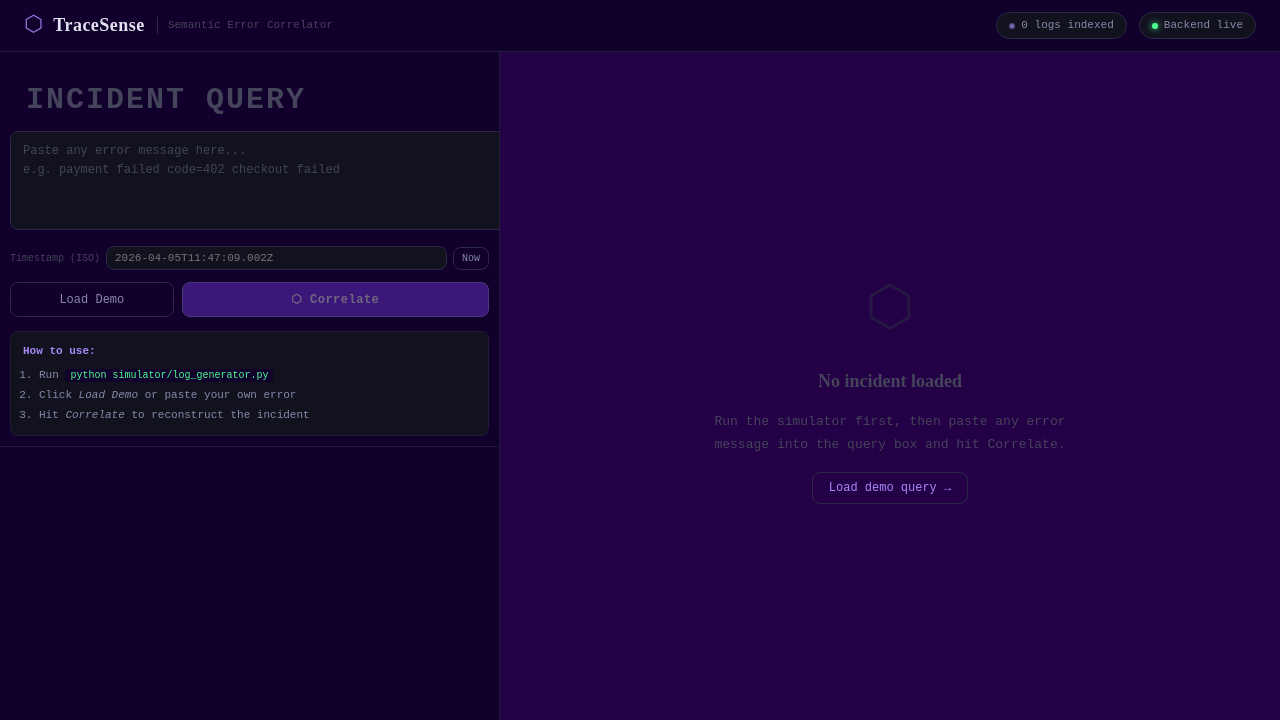
Repository: SaranyaM15/AI_Engineer_Journey
Page: / (app in tracesense/frontend/)
The author's editor kept a copy of each file at every save. The page is drawn from the files as they stood at one save, then again after the next save.
The browser window is 1280 px wide. The pictures show the whole page.
The page's requests for data from a server got no answer. Some web fonts or font styles are not loaded; a fallback is used. The project was rebuilt for these pictures with package versions that can differ from the ones it lists, and the page was loaded fresh each time. No one was signed in, and anything a server would have sent is missing. Also part of the build but not shown: tracesense/frontend/vite.config.js, tracesense/frontend/src/components/Timeline.jsx, tracesense/frontend/src/components/LogFeed.jsx.

Above is the page before, as saved 2026-04-05 18:52:11.

### tracesense/frontend/src/index.css
*, *::before, *::after {
  box-sizing: border-box;
  margin: 0;
  padding: 0;
}

html, body, #root {
  height: 100%;
  overflow: hidden;
}

### tracesense/frontend/src/App.jsx
import { useState, useEffect } from "react";
import axios from "axios";
import Timeline from "./components/Timeline";
import QueryPanel from "./components/QueryPanel";
import LogFeed from "./components/LogFeed";
import "./App.css";

const API = "http://localhost:8000";

export default function App() {
  const [query, setQuery] = useState("");
  const [timestamp, setTimestamp] = useState("");
  const [cluster, setCluster] = useState(null);
  const [loading, setLoading] = useState(false);
  const [logCount, setLogCount] = useState(0);
  const [error, setError] = useState(null);
  const [simulatorRunning, setSimulatorRunning] = useState(false);

  useEffect(() => {
    fetchLogCount();
    const interval = setInterval(fetchLogCount, 5000);
    return () => clearInterval(interval);
  }, []);

  async function fetchLogCount() {
    try {
      const res = await axios.get(`${API}/logs/count`);
      setLogCount(res.data.total_logs_stored);
    } catch {
      // backend not reachable yet
    }
  }

  async function runCorrelation() {
    if (!query.trim()) return;
    setLoading(true);
    setError(null);
    setCluster(null);

    const ts = timestamp || new Date().toISOString();

    try {
      const res = await axios.post(`${API}/correlate`, {
        message: query,
        timestamp: ts,
      });
      setCluster(res.data);
    } catch (e) {
      setError("Could not reach backend. Make sure uvicorn is running on :8000");
    } finally {
      setLoading(false);
    }
  }

  function handleDemo() {
    setQuery("payment failed code=402 checkout failed");
    setTimestamp("2026-04-05T11:47:09.002Z");
  }

  return (
    <div className="app">
      {/* Top Bar */}
      <header className="topbar">
        <div className="topbar-left">
          <span className="logo-icon">⬡</span>
          <span className="logo-text">TraceSense</span>
          <span className="logo-sub">Semantic Error Correlator</span>
        </div>
        <div className="topbar-right">
          <div className="stat-pill">
            <span className="stat-dot pulse" />
            <span>{logCount.toLocaleString()} logs indexed</span>
          </div>
          <div className="status-pill">
            <span className="status-dot" />
            <span>Backend live</span>
          </div>
        </div>
      </header>

      <div className="layout">
        {/* Left Panel */}
        <aside className="left-panel">
          <QueryPanel
            query={query}
            setQuery={setQuery}
            timestamp={timestamp}
            setTimestamp={setTimestamp}
            onCorrelate={runCorrelation}
            onDemo={handleDemo}
            loading={loading}
          />
          {cluster && (
            <LogFeed cluster={cluster} />
          )}
        </aside>

        {/* Main Timeline */}
        <main className="main-panel">
          {!cluster && !loading && (
            <div className="empty-state">
              <div className="empty-icon">⬡</div>
              <h2>No incident loaded</h2>
              <p>
                Run the simulator first, then paste any error message into
                the query box and hit Correlate.
              </p>
              <button className="demo-hint" onClick={handleDemo}>
                Load demo query →
              </button>
            </div>
          )}
          {loading && (
            <div className="empty-state">
              <div className="spinner" />
              <p>Correlating across services...</p>
            </div>
          )}
          {error && (
            <div className="empty-state error-state">
              <p>{error}</p>
            </div>
          )}
          {cluster && !loading && (
            <Timeline cluster={cluster} />
          )}
        </main>
      </div>
    </div>
  );
}

### tracesense/frontend/src/components/QueryPanel.jsx
export default function QueryPanel({
  query, setQuery, timestamp, setTimestamp,
  onCorrelate, onDemo, loading
}) {
  return (
    <div className="query-panel">
      <div className="panel-label">INCIDENT QUERY</div>

      <textarea
        className="query-input"
        placeholder="Paste any error message here...&#10;e.g. payment failed code=402 checkout failed"
        value={query}
        onChange={e => setQuery(e.target.value)}
        rows={4}
      />

      <div className="ts-row">
        <label className="ts-label">Timestamp (ISO)</label>
        <input
          className="ts-input"
          placeholder="2026-04-05T11:47:09.002Z"
          value={timestamp}
          onChange={e => setTimestamp(e.target.value)}
        />
        <button
          className="now-btn"
          onClick={() => setTimestamp(new Date().toISOString())}
        >
          Now
        </button>
      </div>

      <div className="btn-row">
        <button className="demo-btn" onClick={onDemo}>
          Load Demo
        </button>
        <button
          className="correlate-btn"
          onClick={onCorrelate}
          disabled={loading || !query.trim()}
        >
          {loading ? "Correlating..." : "⬡ Correlate"}
        </button>
      </div>

      <div className="hint-box">
        <strong>How to use:</strong>
        <ol>
          <li>Run <code>python simulator/log_generator.py</code></li>
          <li>Click <em>Load Demo</em> or paste your own error</li>
          <li>Hit <em>Correlate</em> to reconstruct the incident</li>
        </ol>
      </div>
    </div>
  );
}

### tracesense/frontend/src/App.css
@import url('https://fonts.googleapis.com/css2?family=Boldonse&family=JetBrains+Mono:wght@400;500;700&display=swap');

/* ── Variables ── */
:root {
  --bg:         #240046;
  --bg2:        #10002B;
  --bg3:        #12121f;
  --border:     #1e1e35;
  --border2:    #2a2a45;
  --accent:     #a78bfa;
  --accent2:    #7c3aed;
  --text:       #e2e2f0;
  --text2:      #8888aa;
  --text3:      #44445a;
  --mono:       '', monospace;
  --display: 'Boldonse', cursive;
  --error:      #ff4d4d;
  --warn:       #f5a623;
  --info:       #4dff91;
  --radius:     8px;
}

/* ── Reset ── */
*, *::before, *::after { box-sizing: border-box; margin: 0; padding: 0; }

body {
  background:  var(--bg);
  color:       var(--text);
  font-family: var(--mono);
  font-size:   13px;
  line-height: 1.5;
  overflow:    hidden;
  height:      100vh;
}

#root { height: 100vh; display: flex; flex-direction: column; }

/* ── App Layout ── */
.app {
  display:        flex;
  flex-direction: column;
  height:         100vh;
  overflow:       hidden;
}

/* ── Topbar ── */
.topbar {
  display:         flex;
  align-items:     center;
  justify-content: space-between;
  padding:         0 24px;
  height:          52px;
  background:      var(--bg2);
  border-bottom:   1px solid var(--border);
  flex-shrink:     0;
}

.topbar-left {
  display:     flex;
  align-items: center;
  gap:         10px;
}

.logo-icon {
  color:       var(--accent);
  font-size:   22px;
  line-height: 1;
  animation:   pulse-icon 3s ease-in-out infinite;
}

@keyframes pulse-icon {
  0%, 100% { opacity: 1; }
  50%       { opacity: 0.5; }
}

.logo-text {
  font-family: var(--display);
  font-weight: 800;
  font-size:   18px;
  letter-spacing: 0.5px;
  color:       var(--text);
}

.logo-sub {
  color:       var(--text3);
  font-size:   11px;
  border-left: 1px solid var(--border2);
  padding-left: 10px;
  margin-left:  2px;
}

.topbar-right {
  display:     flex;
  align-items: center;
  gap:         12px;
}

.stat-pill, .status-pill {
  display:       flex;
  align-items:   center;
  gap:           6px;
  padding:       4px 12px;
  border-radius: 20px;
  border:        1px solid var(--border2);
  background:    var(--bg3);
  font-size:     11px;
  color:         var(--text2);
}

.stat-dot {
  width:         6px;
  height:        6px;
  border-radius: 50%;
  background:    var(--accent);
}

.stat-dot.pulse {
  animation: dot-pulse 2s ease-in-out infinite;
}

@keyframes dot-pulse {
  0%, 100% { opacity: 1; transform: scale(1); }
  50%       { opacity: 0.4; transform: scale(0.8); }
}

.status-dot {
  width:         6px;
  height:        6px;
  border-radius: 50%;
  background:    var(--info);
  box-shadow:    0 0 6px var(--info);
}

/* ── Main Layout ── */
.layout {
  display:  flex;
  flex:     1;
  overflow: hidden;
}

/* ── Left Panel ── */
.left-panel {
  width:        500px;
  flex-shrink:  0;
  background:   var(--bg2);
  border-right: 1px solid var(--border);
  display:      flex;
  flex-direction: column;
  overflow:     hidden;
}

.panel-label {
  font-size:      30px;
  letter-spacing: 2px;
  color:          var(--text3);
  font-weight:    700;
  padding:        16px 16px 8px;
  display:        flex;
  align-items:    center;
  gap:            8px;
}

.count-badge {
  background:    var(--accent2);
  color:         white;
  border-radius: 10px;
  padding:       1px 7px;
  font-size:     10px;
}

/* ── Query Panel ── */
.query-panel {
  padding:     10px;
  border-bottom: 1px solid var(--border);
  flex-shrink: 0;
}

.query-input {
  width:        300%;
  background:   var(--bg3);
  border:       1px solid var(--border2);
  border-radius: var(--radius);
  color:        var(--text);
  font-family:  var(--mono);
  font-size:    12px;
  padding:      10px 12px;
  resize:       vertical;
  outline:      none;
  transition:   border-color 0.2s;
  line-height:  1.6;
}

.query-input:focus {
  border-color: var(--accent);
}

.query-input::placeholder { color: var(--text3); }

.ts-row {
  display:     flex;
  align-items: center;
  gap:         6px;
  margin-top:  10px;
}

.ts-label {
  font-size:   10px;
  color:       var(--text3);
  white-space: nowrap;
}

.ts-input {
  flex:         1;
  background:   var(--bg3);
  border:       1px solid var(--border2);
  border-radius: var(--radius);
  color:        var(--text2);
  font-family:  var(--mono);
  font-size:    11px;
  padding:      5px 8px;
  outline:      none;
  min-width:    0;
}

.ts-input:focus { border-color: var(--accent); }

.now-btn {
  background:    transparent;
  border:        1px solid var(--border2);
  border-radius: var(--radius);
  color:         var(--text2);
  font-family:   var(--mono);
  font-size:     10px;
  padding:       5px 8px;
  cursor:        pointer;
  white-space:   nowrap;
  transition:    all 0.15s;
}

.now-btn:hover {
  border-color: var(--accent);
  color:        var(--accent);
}

.btn-row {
  display:    flex;
  gap:        8px;
  margin-top: 12px;
}

.demo-btn {
  flex:          1;
  background:    transparent;
  border:        1px solid var(--border2);
  border-radius: var(--radius);
  color:         var(--text2);
  font-family:   var(--mono);
  font-size:     12px;
  padding:       9px;
  cursor:        pointer;
  transition:    all 0.15s;
}

.demo-btn:hover {
  border-color: var(--accent);
  color:        var(--accent);
}

.correlate-btn {
  flex:          2;
  background:    var(--accent2);
  border:        1px solid var(--accent);
  border-radius: var(--radius);
  color:         white;
  font-family:   var(--mono);
  font-size:     12px;
  font-weight:   700;
  padding:       9px;
  cursor:        pointer;
  transition:    all 0.15s;
  letter-spacing: 0.5px;
}

.correlate-btn:hover:not(:disabled) {
  background: var(--accent);
  box-shadow: 0 0 20px var(--accent2);
}

.correlate-btn:disabled {
  opacity: 0.4;
  cursor: not-allowed;
}

.hint-box {
  margin-top:    14px;
  background:    var(--bg3);
  border:        1px solid var(--border);
  border-radius: var(--radius);
  padding:       10px 12px;
  font-size:     11px;
  color:         var(--text2);
  line-height:   1.8;
}

.hint-box strong { color: var(--accent); }
.hint-box ol { padding-left: 16px; margin-top: 4px; }
.hint-box code {
  background:    var(--bg2);
  padding:       1px 5px;
  border-radius: 4px;
  color:         var(--info);
  font-size:     10px;
}

/* ── Log Feed ── */
.log-feed {
  flex:      1;
  overflow:  hidden;
  display:   flex;
  flex-direction: column;
}

.log-list {
  flex:       1;
  overflow-y: auto;
  padding:    8px;
  display:    flex;
  flex-direction: column;
  gap:        6px;
}

.log-list::-webkit-scrollbar { width: 4px; }
.log-list::-webkit-scrollbar-track { background: transparent; }
.log-list::-webkit-scrollbar-thumb { background: var(--border2); border-radius: 2px; }

.log-card {
  background:    var(--bg3);
  border:        1px solid var(--border);
  border-radius: var(--radius);
  padding:       10px;
  transition:    border-color 0.15s;
  animation:     slide-in 0.3s ease both;
}

@keyframes slide-in {
  from { opacity: 0; transform: translateX(-10px); }
  to   { opacity: 1; transform: translateX(0); }
}

.log-card:hover { border-color: var(--border2); }

.log-card-top {
  display:     flex;
  align-items: center;
  gap:         6px;
  margin-bottom: 5px;
}

.log-icon   { font-size: 14px; }
.log-level  { font-size: 10px; font-weight: 700; letter-spacing: 1px; }
.log-service { flex: 1; font-size: 11px; color: var(--text2); }
.log-score  { font-size: 11px; color: var(--accent); font-weight: 700; }

.log-message {
  font-size:   11px;
  color:       var(--text);
  line-height: 1.5;
  word-break:  break-word;
  margin-bottom: 6px;
}

.log-meta {
  display:         flex;
  justify-content: space-between;
  align-items:     center;
  font-size:       10px;
  color:           var(--text3);
}

.score-bars {
  display: flex;
  gap:     8px;
}

.score-bars span { color: var(--text3); }

.conf-bar-bg {
  height:        2px;
  background:    var(--border);
  border-radius: 1px;
  margin-top:    6px;
  overflow:      hidden;
}

.conf-bar-fill {
  height:     100%;
  background: linear-gradient(90deg, var(--accent2), var(--accent));
  border-radius: 1px;
  transition: width 0.5s ease;
}

/* ── Main Panel ── */
.main-panel {
  flex:       1;
  overflow-y: auto;
  padding:    24px;
}

.main-panel::-webkit-scrollbar { width: 5px; }
.main-panel::-webkit-scrollbar-track { background: transparent; }
.main-panel::-webkit-scrollbar-thumb { background: var(--border2); border-radius: 3px; }

/* ── Empty State ── */
.empty-state {
  display:         flex;
  flex-direction:  column;
  align-items:     center;
  justify-content: center;
  height:          100%;
  gap:             16px;
  text-align:      center;
  color:           var(--text2);
  animation:       fade-in 0.4s ease;
}

@keyframes fade-in {
  from { opacity: 0; }
  to   { opacity: 1; }
}

.empty-icon {
  font-size:  56px;
  color:      var(--border2);
  animation:  pulse-icon 4s ease-in-out infinite;
}

.empty-state h2 {
  font-family: var(--display);
  font-weight: 600;
  color:       var(--text3);
  font-size:   18px;
}

.empty-state p {
  max-width:  380px;
  color:      var(--text3);
  font-size:  13px;
  line-height: 1.7;
}

.demo-hint {
  background:    transparent;
  border:        1px solid var(--border2);
  border-radius: var(--radius);
  color:         var(--accent);
  font-family:   var(--mono);
  font-size:     12px;
  padding:       8px 16px;
  cursor:        pointer;
  transition:    all 0.15s;
}

.demo-hint:hover {
  border-color: var(--accent);
  box-shadow:   0 0 14px var(--accent2);
}

.error-state { color: var(--error); }

/* ── Spinner ── */
.spinner {
  width:         36px;
  height:        36px;
  border:        3px solid var(--border2);
  border-top:    3px solid var(--accent);
  border-radius: 50%;
  animation:     spin 0.8s linear infinite;
}

@keyframes spin {
  to { transform: rotate(360deg); }
}

/* ── Timeline ── */
.timeline-wrap {
  display:        flex;
  flex-direction: column;
  gap:            20px;
  animation:      fade-in 0.4s ease;
}

.timeline-header {
  border-bottom: 1px solid var(--border);
  padding-bottom: 16px;
}

.tl-title {
  font-family: var(--display);
  font-weight: 700;
  font-size:   20px;
  color:       var(--text);
  display:     flex;
  align-items: center;
  gap:         12px;
  margin-bottom: 6px;
}

.tl-badge {
  font-family:   var(--mono);
  font-size:     11px;
  font-weight:   400;
  background:    var(--accent2);
  color:         white;
  padding:       2px 10px;
  border-radius: 10px;
}

.tl-query {
  font-size:  12px;
  color:      var(--text3);
}

.tl-query em {
  color:      var(--accent);
  font-style: normal;
}

/* ── Swim Lanes ── */
.swim-container {
  display:        flex;
  flex-direction: column;
  gap:            0;
}

.swim-lane {
  display:     flex;
  align-items: stretch;
  min-height:  80px;
  border-bottom: 1px solid var(--border);
}

.swim-lane:last-child { border-bottom: none; }

.lane-label {
  width:          160px;
  flex-shrink:    0;
  display:        flex;
  align-items:    center;
  gap:            8px;
  padding:        16px 12px;
  border-left:    3px solid transparent;
  font-size:      11px;
  color:          var(--text2);
  background:     var(--bg2);
}

.lane-dot {
  width:         8px;
  height:        8px;
  border-radius: 50%;
  flex-shrink:   0;
}

.lane-track {
  flex:       1;
  position:   relative;
  padding:    16px 20px;
  display:    flex;
  flex-direction: column;
  gap:        10px;
}

.lane-line {
  position:     absolute;
  left:         0;
  right:        0;
  top:          50%;
  height:       1px;
  border-top:   1px dashed;
  pointer-events: none;
  z-index:      0;
}

.lane-event {
  display:     flex;
  align-items: flex-start;
  gap:         12px;
  position:    relative;
  z-index:     1;
}

.event-dot {
  width:         14px;
  height:        14px;
  border-radius: 50%;
  border:        2px solid;
  flex-shrink:   0;
  margin-top:    3px;
  cursor:        pointer;
  transition:    transform 0.15s;
}

.event-dot:hover { transform: scale(1.4); }

.event-card {
  background:    var(--bg3);
  border:        1px solid var(--border);
  border-left:   3px solid;
  border-radius: var(--radius);
  padding:       8px 12px;
  flex:          1;
  animation:     slide-in 0.3s ease both;
}

.event-card-top {
  display:     flex;
  align-items: center;
  gap:         8px;
  margin-bottom: 4px;
}

.event-level {
  font-size:      10px;
  font-weight:    700;
  letter-spacing: 1px;
}

.event-time  { font-size: 10px; color: var(--text3); }
.event-score { font-size: 10px; color: var(--accent); margin-left: auto; }

.event-message {
  font-size:  11px;
  color:      var(--text);
  word-break: break-word;
  line-height: 1.5;
}

/* ── Root Cause Banner ── */
.root-cause-banner {
  display:       flex;
  align-items:   center;
  gap:           12px;
  background:    linear-gradient(135deg, #1a0a2e, #0d0d1a);
  border:        1px solid var(--accent2);
  border-radius: var(--radius);
  padding:       12px 18px;
  font-size:     12px;
  box-shadow:    0 0 24px #7c3aed22;
}

.rc-label {
  color:          var(--accent);
  font-weight:    700;
  letter-spacing: 1px;
  font-size:      10px;
  white-space:    nowrap;
}

.rc-service {
  background:    var(--accent2);
  color:         white;
  padding:       2px 10px;
  border-radius: 10px;
  font-size:     11px;
  white-space:   nowrap;
}

.rc-message {
  flex:      1;
  color:     var(--text2);
  font-size: 11px;
  overflow:  hidden;
  text-overflow: ellipsis;
  white-space:   nowrap;
}

.rc-time {
  color:      var(--text3);
  font-size:  11px;
  white-space: nowrap;
}

/* ── Canvas ── */
.connector-canvas {
  z-index: 2;
}

Loaded but not shown: tracesense/frontend/src/main.jsx (common file)

After the next save:
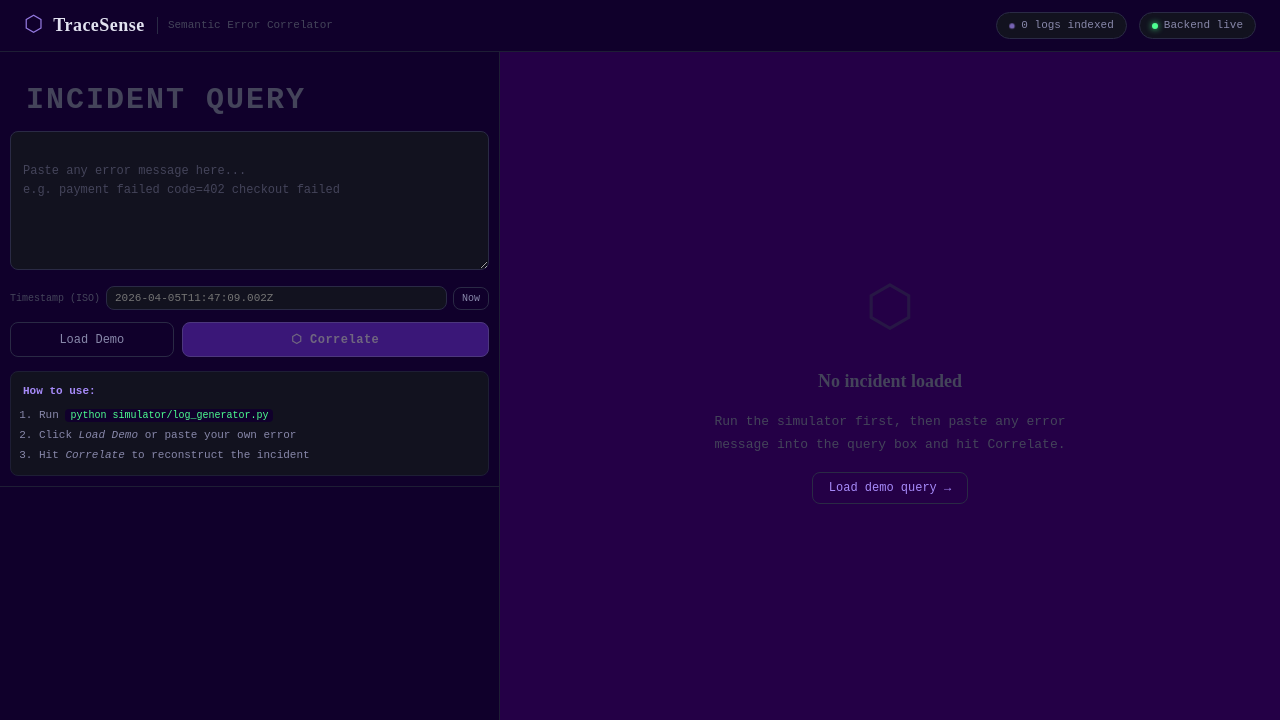
Saved 18 s later.
--- a/tracesense/frontend/src/App.css
+++ b/tracesense/frontend/src/App.css
@@ -176,14 +176,14 @@ body {
 }
 
 .query-input {
-  width:        300%;
+  width:        100%;
   background:   var(--bg3);
   border:       1px solid var(--border2);
   border-radius: var(--radius);
   color:        var(--text);
   font-family:  var(--mono);
   font-size:    12px;
-  padding:      10px 12px;
+  padding:      30px 12px;
   resize:       vertical;
   outline:      none;
   transition:   border-color 0.2s;
